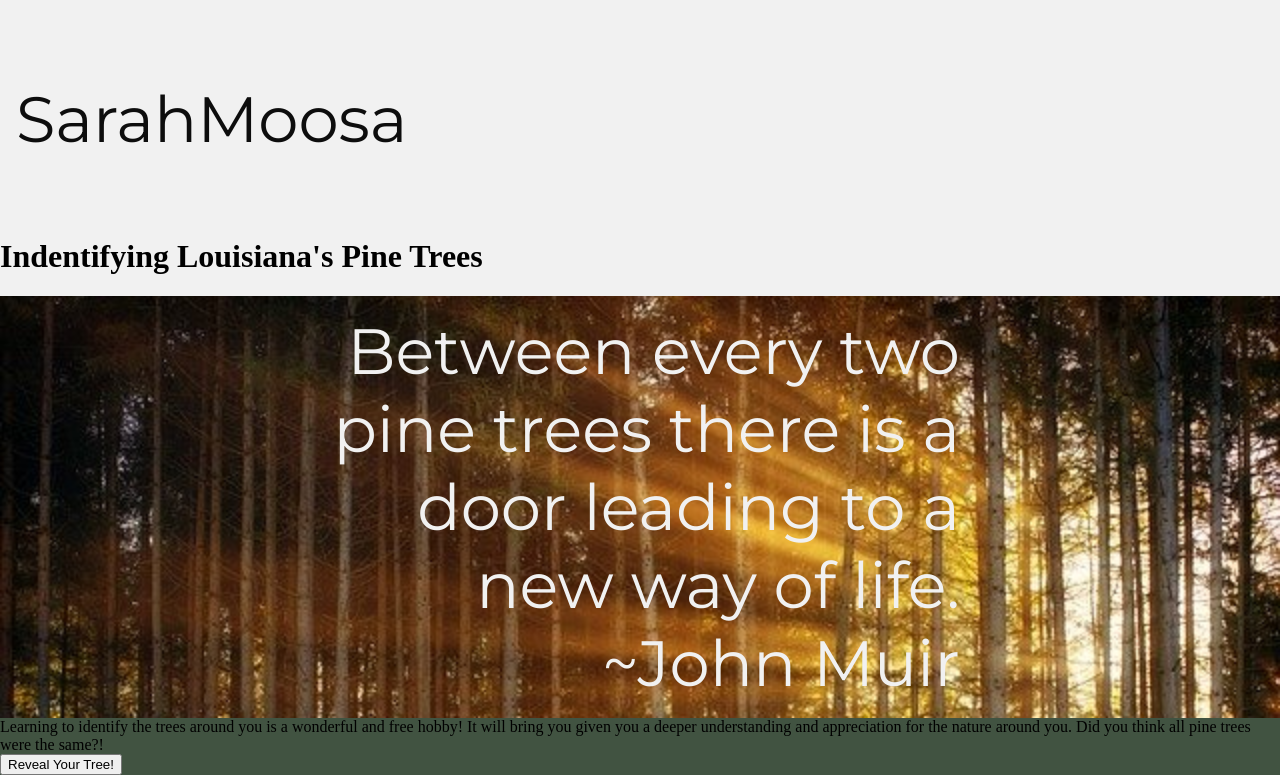
Repository: Sbethm/louisianaPineTrees
Page: pine_main.html
The author's editor kept a copy of each file at every save. The page is drawn from the files as they stood at one save, then again after a run of saves.
The browser window is 1280 px wide. The pictures show the whole page.
The style sheet was rebuilt from its Sass, Less or Tailwind sources for each picture, by a compiler version that may differ from the author's.

Above is the page before, as saved 2021-09-16 11:45:30.

After the next 2 saves:
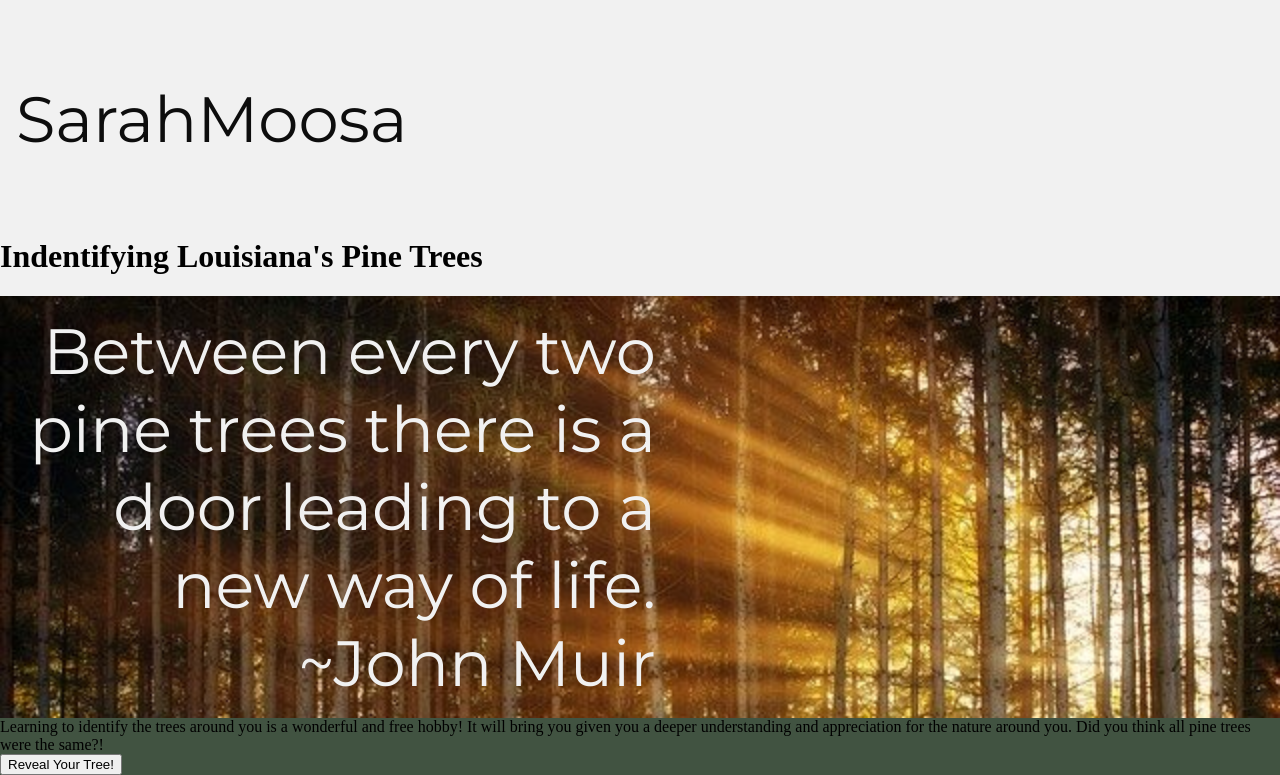
The 2 saves are shown as one change because they came seconds apart.
The last was saved 11 s later.
--- a/src/scss/main.scss
+++ b/src/scss/main.scss
@@ -30,7 +30,7 @@ p {
 }
 
 .quote {
-    margin: 0 auto;
+    margin: 0;
     width: 50%;
     text-align: right;
     color: #f1f1f1;
